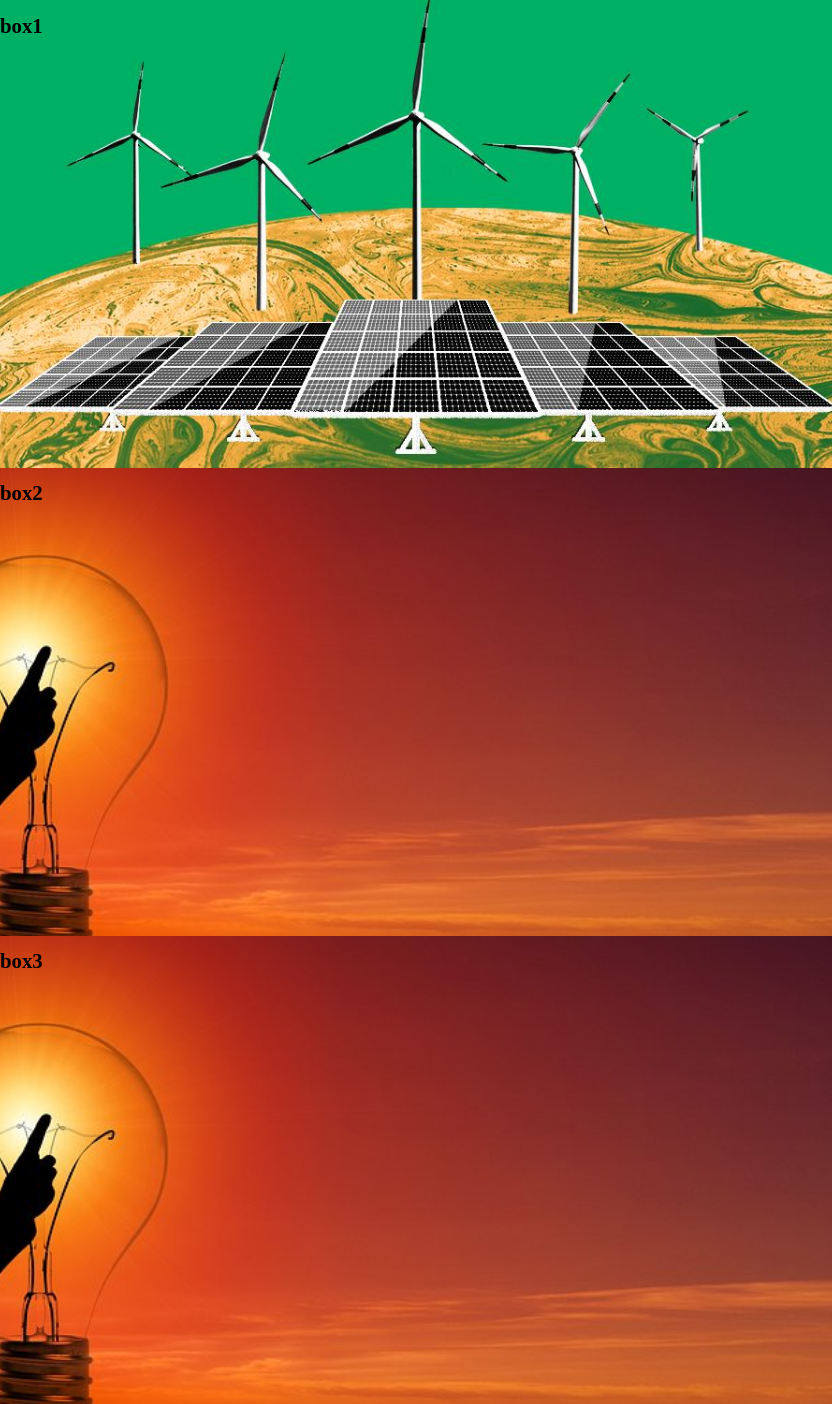
Repository: NavinDayanithi/static-web-design-competition
Page: index.html
These files come from the project's save history. The page is drawn as it stood at one moment and after the next save; the edit follows.
The browser window is 1280 px wide. The pictures show the whole page, at 65% of full size.
Backgrounds fixed to the window are drawn as part of the page.

Above is the page before, as saved 2023-04-28 19:22:40.

### index.html
<!DOCTYPE html>
<html lang="en">
<head>
  <title>POWERING CLIMATE </title>
  <link rel="stylesheet" href="styles.css">
</head>
<body>
    <div class="box1">
        <h1>box1</h1>
    </div>
    <div class="box2">
        <h1>box2</h1>
    </div>
    <div class="box3">
        <h1>box3</h1>
    </div>
</body>
</html>

### styles.css
body{
    margin: 0;
    padding: 0;
    /* background-color: blue; */
}

.box1{
    height: 100vh;
    width:100%;
    background-image: url(img1.jpg);
    background-size: cover;
    background-position: center;
    display: table;
    background-attachment: fixed;
}

.box2{
    height: 100vh;
    width:100%;
    background-image: url(img3.jpg);
    background-size: cover;
    background-position: center;
    display: table;
    background-attachment: fixed;
}

.box3{
    height: 100vh;
    width:100%;
    background-image: url(img3.jpg);
    background-size: cover;
    background-position: center;
    display: table;
    background-attachment: fixed;
}

.h1{
    font-family: sans-serif;
    font-size: 48px;
    color: antiquewhite;
    margin: 0px;
    text-align: center;
    display: table-cell;
    vertical-align: middle;
}

After the next save:
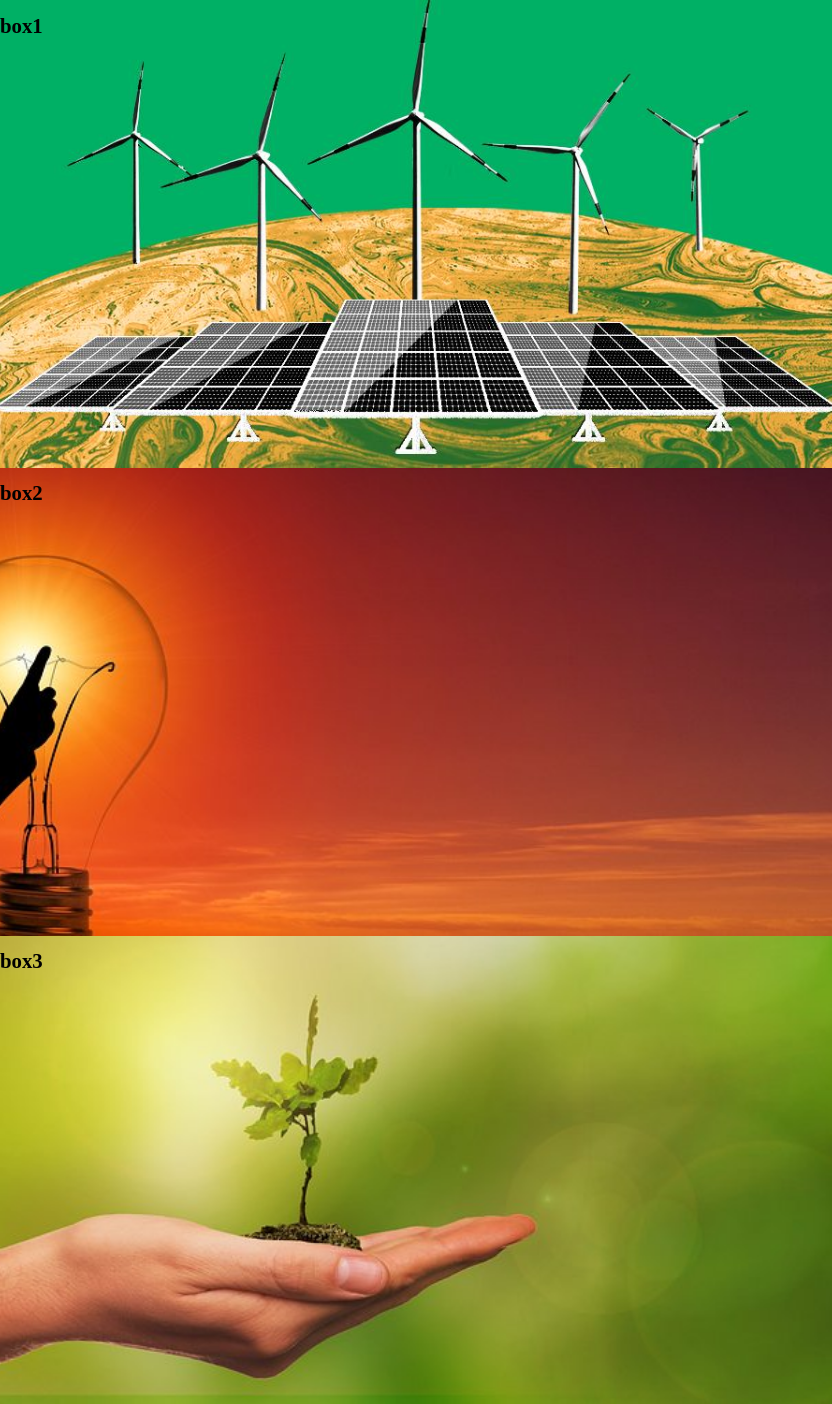
Saved 21 s later.
--- a/styles.css
+++ b/styles.css
@@ -27,7 +27,7 @@ body{
 .box3{
     height: 100vh;
     width:100%;
-    background-image: url(img3.jpg);
+    background-image: url(img2.jpg);
     background-size: cover;
     background-position: center;
     display: table;
